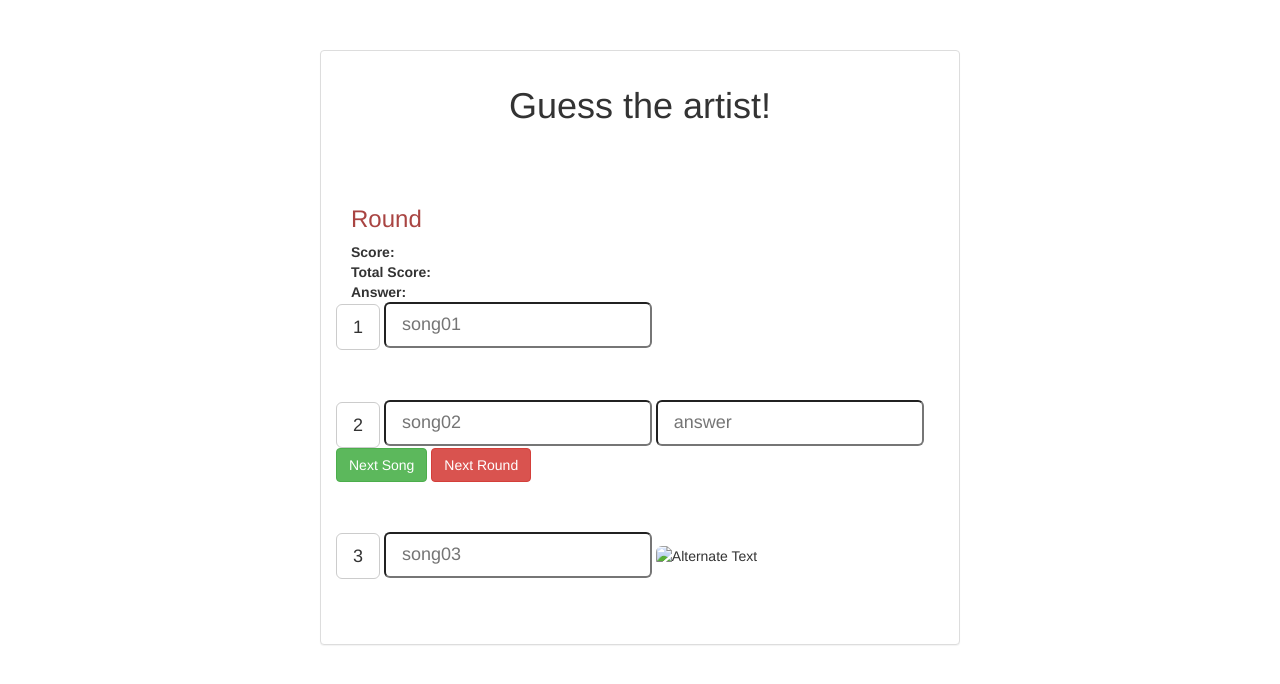
Repository: VladLevishevGIT/MyProjects
Page: Java/GuessTheArtistQuizWeb/WebContent/GuessTheArtist.html
These files come from the project's save history. The page is drawn as it stood at one moment and after the next save; the edit follows.
The browser window is 1280 px wide. The pictures show the whole page.
The page's requests for data from a server got no answer.

Above is the page before, as saved 2017-03-13 11:15:26.

### Java/GuessTheArtistQuizWeb/WebContent/GuessTheArtist.html
<!DOCTYPE html>
<html lang="en">
<head>
    <meta charset="utf-8">
    <meta http-equiv="X-UA-Compatible" content="IE=edge">
    <meta name="viewport" content="width=device-width, initial-scale=1">
    <title>Test Page</title>
    <link href="bootstrap/css/bootstrap.min.css" rel="stylesheet">
    <script src="jquery/jquery-3.1.1.min.js"></script>
    <script src="bootstrap/js/bootstrap.min.js"></script>
    <script src="angular/angular.min.js"></script>
    <script src="angular/angularCode.js"></script>
</head>
<body>
    <div style="height:50px"></div>
        <div class="panel panel-default col-lg-offset-3 col-lg-6" ng-app="myApp">
            <div class="panel-body" ng-controller="myCtrl">
                <div class="text-center"><h1>Guess the artist!</h1></div>
                	<div class="alert alert-success text-center" ng-show="showSuccessAlert">
						<button type="button" class="close" data-ng-click="switchBool('showSuccessAlert')">×</button>
							<strong>Done!</strong> {{successTextAlert}}
					</div>
					<div class="alert alert-danger text-center" ng-show="showErrorAlert">
						<button type="button" class="close" data-ng-click="switchBoolError('showErrorAlert')">×</button>
							<strong>Failed!</strong> {{errorTextAlert}}
					</div>
                <div class="input-group">
                    <div style="height:50px"></div>
                    <div class="text-danger"><h3>Round {{round.roundNumber}}</h3></div>
                    <div><strong>Score: {{round.roundScore}}</strong></div>
                    <div><strong>Total Score: {{round.totalScore}}</strong></div>
                     <div><strong>Answer: {{round.artistName}}</strong></div>
                    <div class="row">
                        <button type="button" class="btn btn-lg btn-default">1</button>
                        <input type="text" name="song01" value="{{round.firstSong}}" class="input input-lg" placeholder="song01" />
                    </div>
                    <div style="height:50px"></div>
                    <div class="row">
                        <button type="button" class="btn btn-lg btn-default">2</button>
                        <input type="text" name="song02" value="{{round.secondSong}}" class="input-lg" placeholder="song02"/>
                        <input type="text" name="answer" value="" class="input-lg" placeholder="answer" ng-model="inputValue"/>
                        <button class="btn btn-success" ng-click="getOneMoreSong(inputValue)">Next Song</button>
                        <button class="btn btn-danger" ng-click="nextRound()">Next Round</button>
                    </div>
                        <div style="height:50px"></div>
                    <div class="row">
                        <button type="button" class="btn btn-lg btn-default">3</button>
                        <input type="text" name="song03" value="{{round.thirdSong}}" class="input-lg" placeholder="song03"/>
                        <img src="#" alt="Alternate Text" class="img-rounded" />
                    </div>
                        <div style="height:50px"></div>
                    </div>
            </div>
        </div>
</body>
</html>

### Java/GuessTheArtistQuizWeb/WebContent/angular/angularCode.js
var mainApp = angular.module('myApp', [])

mainApp.controller('myCtrl',

function($scope, $http) {

    $http.get('rest/quizWebService/getFirstSong').
        then(function(response) {
            $scope.round = response.data
        });

    $scope.getOneMoreSong = function(inputValue){
    	$http.get('rest/quizWebService/getOneMoreSong/'+inputValue)
    	.then(function(response){
    		returnedRound = response.data
    		if(returnedRound.firstSong != null){
    			$scope.round = response.data
    			$scope.inputValue = null
    		} else {
    			$scope.inputValue = null
    			$scope.successTextAlert = "Correct!!!!!";
    			$scope.showSuccessAlert = true;
    			// switch flag
    			$scope.switchBool = function(value) {
    				$scope[value] = !$scope[value];
    			};
    		}
    	});
    };

    $scope.nextRound = function(inputValue){
    	$http.get('rest/quizWebService/getFirstSong').
        then(function(response) {
            $scope.round = response.data
        });
    };
});

Loaded but not shown: Java/GuessTheArtistQuizWeb/WebContent/bootstrap/css/bootstrap.min.css (library); Java/GuessTheArtistQuizWeb/WebContent/jquery/jquery-3.1.1.min.js (library); Java/GuessTheArtistQuizWeb/WebContent/bootstrap/js/bootstrap.min.js (library); Java/GuessTheArtistQuizWeb/WebContent/angular/angular.min.js (library)

After the next save:
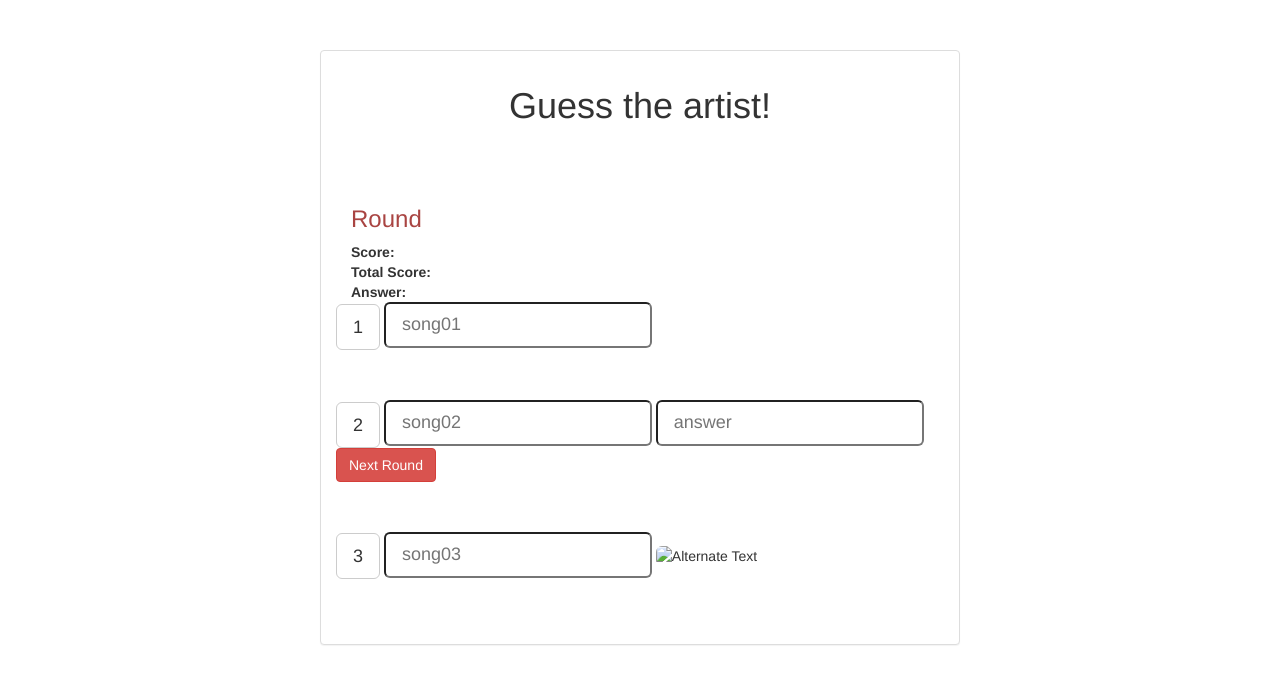
Saved 10 min 29 s later.
--- a/Java/GuessTheArtistQuizWeb/WebContent/GuessTheArtist.html
+++ b/Java/GuessTheArtistQuizWeb/WebContent/GuessTheArtist.html
@@ -39,7 +39,7 @@
                         <button type="button" class="btn btn-lg btn-default">2</button>
                         <input type="text" name="song02" value="{{round.secondSong}}" class="input-lg" placeholder="song02"/>
                         <input type="text" name="answer" value="" class="input-lg" placeholder="answer" ng-model="inputValue"/>
-                        <button class="btn btn-success" ng-click="getOneMoreSong(inputValue)">Next Song</button>
+                        <button class="btn btn-success" ng-click="getOneMoreSong(inputValue)" ng-show="showNextSongButton">Next Song</button>
                         <button class="btn btn-danger" ng-click="nextRound()">Next Round</button>
                     </div>
                         <div style="height:50px"></div>
--- a/Java/GuessTheArtistQuizWeb/WebContent/angular/angularCode.js
+++ b/Java/GuessTheArtistQuizWeb/WebContent/angular/angularCode.js
@@ -18,6 +18,7 @@ function($scope, $http) {
     			$scope.inputValue = null
     		} else {
     			$scope.inputValue = null
+    			$scope.showNextSongButton = false
     			$scope.successTextAlert = "Correct!!!!!";
     			$scope.showSuccessAlert = true;
     			// switch flag
